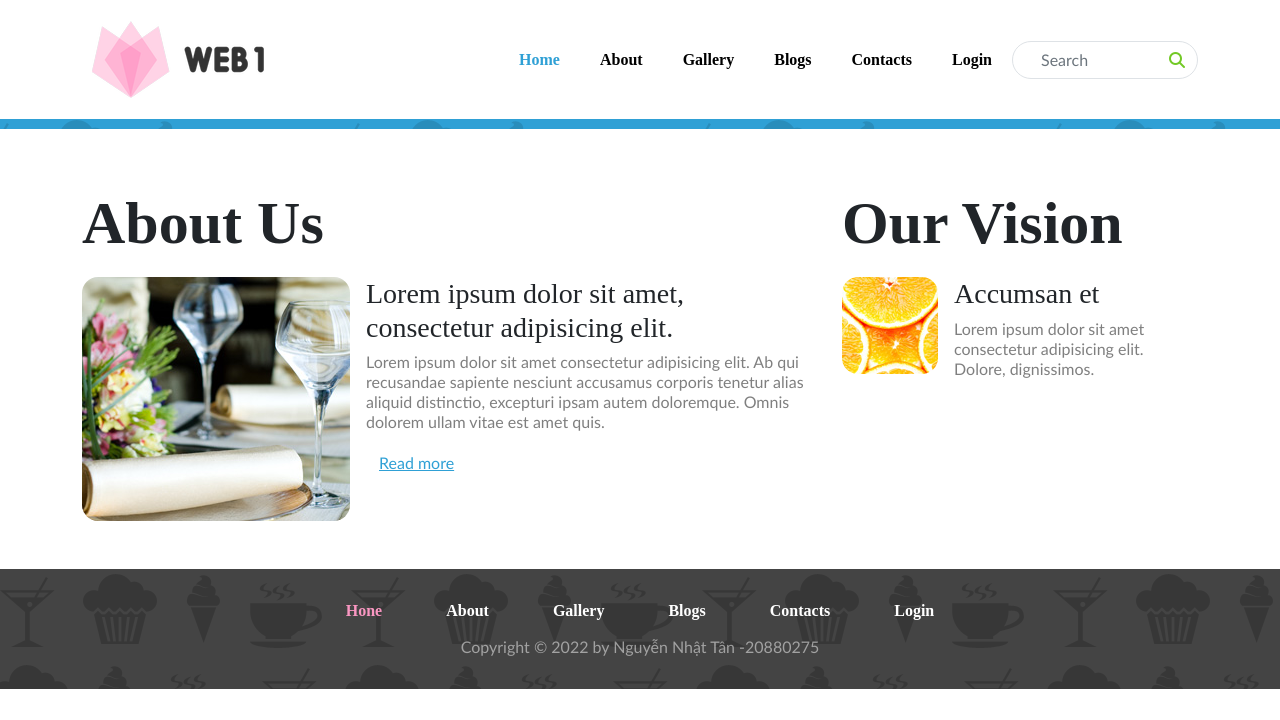
Repository: carembanhkem/web1-20880275
Page: about.html
The author's editor kept a copy of each file at every save. The page is drawn from the files as they stood at one save, then again after a run of saves.
The browser window is 1280 px wide. The pictures show the whole page.
Some web fonts or font styles are not loaded; a fallback is used. Some web libraries are served in a nearby version.

Above is the page before, as saved 2023-02-06 11:19:25.
Console error: ReferenceError: bootstrap is not defined

After the next 2 saves:
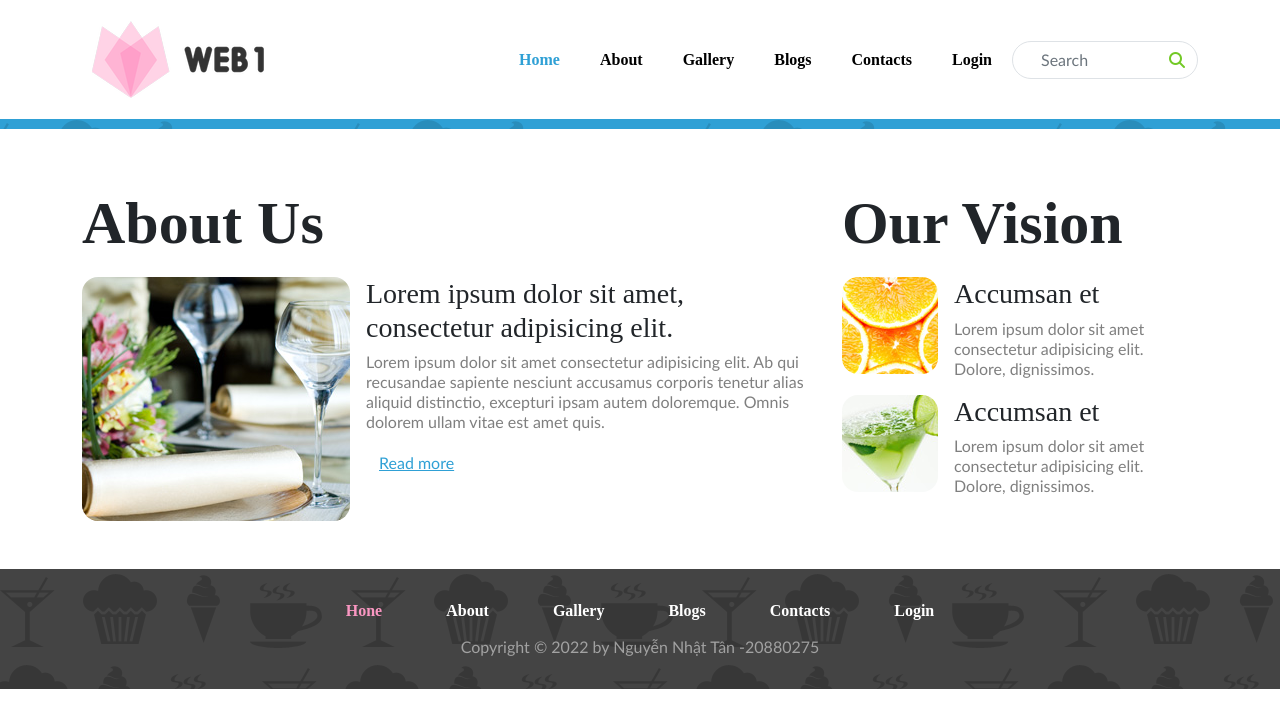
The 2 saves are shown as one change because they came seconds apart.
The last was saved 8 s later.
--- a/about.html
+++ b/about.html
@@ -79,6 +79,11 @@
                     <h3>Accumsan et</h3>
                     <p class="text-black-50">Lorem ipsum dolor sit amet consectetur adipisicing elit. Dolore, dignissimos.</p>
                 </div>
+                <div>
+                    <img src="images/vision/vision-2.jpg" alt="vision1" class="float-start me-3 rounded-4">
+                    <h3>Accumsan et</h3>
+                    <p class="text-black-50">Lorem ipsum dolor sit amet consectetur adipisicing elit. Dolore, dignissimos.</p>
+                </div>
             </div>
         </div>
     </section>
